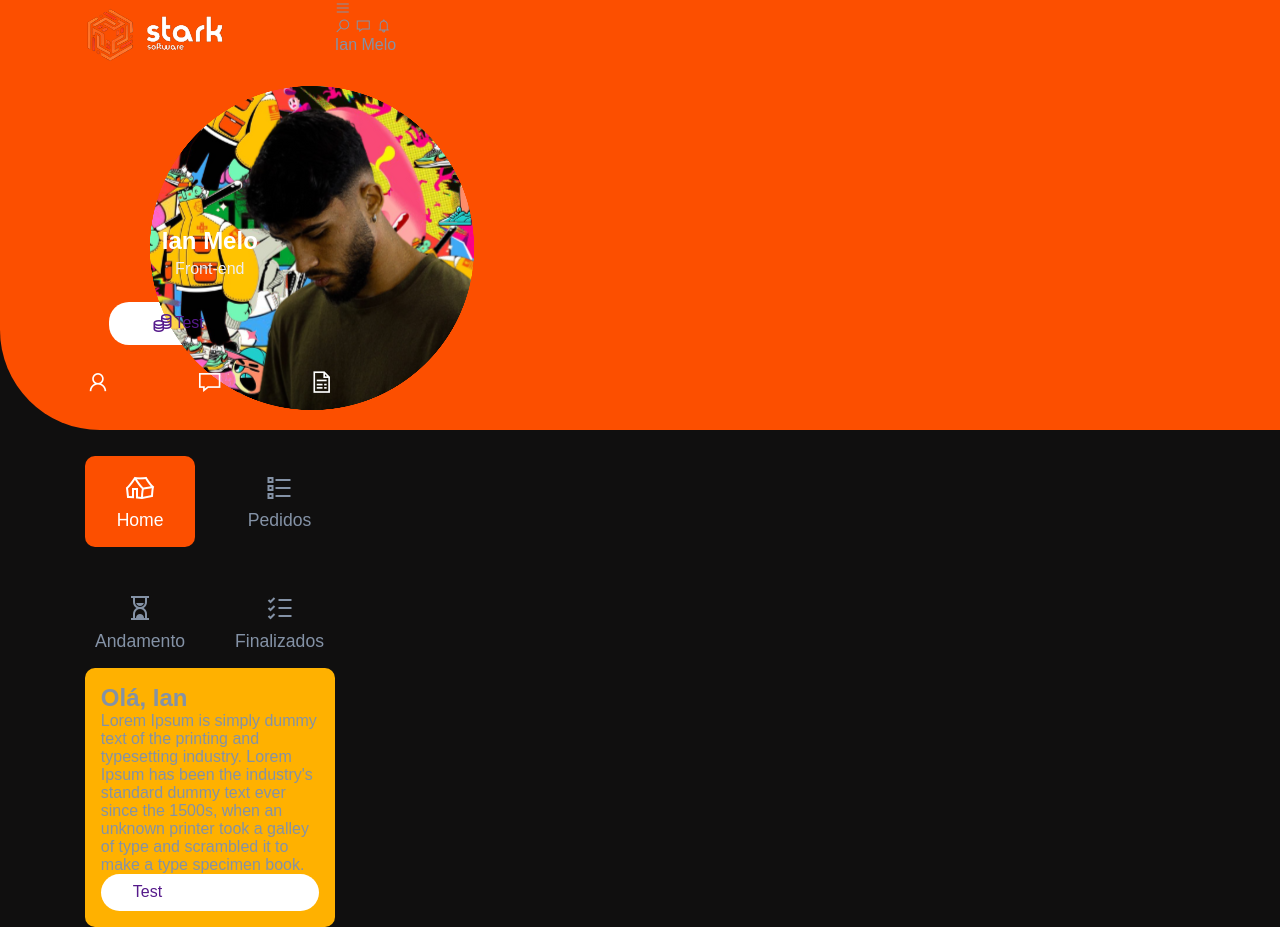
Repository: ichumbo/StarkDashboard
Page: index.html
The author's editor kept a copy of each file at every save. The page is drawn from the files as they stood at one save, then again after the next save.
The browser window is 1280 px wide. The pictures show the whole page.
Pictures or frames that could not be fetched are drawn as grey boxes.

Above is the page before, as saved 2023-06-06 19:08:33.

### index.html
<!DOCTYPE html>
<html lang="pt-br">
<head>

    <meta charset="UTF-8">
    <meta http-equiv="X-UA-Compatible" content="IE=edge">
    <meta name="viewport" content="width=device-width, initial-scale=1.0">
    <title>Stark</title>
    <!--CSS-->
    <link rel="stylesheet" href="css/style.css">
    <!--Icons-->
    <link rel="stylesheet" href="https://maxst.icons8.com/vue-static/landings/line-awesome/font-awesome-line-awesome/css/all.min.css">
    <link rel="stylesheet" href="https://maxst.icons8.com/vue-static/landings/line-awesome/line-awesome/1.3.0/css/line-awesome.min.css">

</head>
<body>
    <div class="page-wrapper">
        <input type="checkbox" name="" id="menu-toggle">

        <div class="sidebar">
            <div class="brand">
                <img src="./img/blackicon.png" alt="stark" class="icon-header">
            </div>

            <div class="profile-card">
                <div class="profile-img">
                    <img src="/img/iconphoto.png" alt="Perfil">
                </div>
                <div class="profile-info">
                    <h2>Ian Melo</h2>
                    <small>Front-end</small>
                </div>
                <div class="profile-action">
                    <a href="" class="btn btn-white">
                        <span class="las la-coins"></span>
                        Test
                    </a>
                </div>
                <div class="profile-icons">
                    <span class="las la-user"></span>
                    <span class="las la-comment-alt"></span>
                    <span class="las la-file-invoice"></span>
                </div>
            </div>

            <!--Menu-->

            <div class="sidebar-menu">
                <div class="menu-item">
                    <a href="" class="active">
                        <span class="las la-campground"></span>
                        <span>Home</span>
                    </a>
                </div>

                <div class="menu-item">
                    <a href="">
                        <span class="las la-list"></span>
                        <span>Pedidos</span>
                    </a>
                </div>

                <div class="menu-item">
                    <a href="">
                        <span class="las la-hourglass-half"></span>
                        <span>Andamento</span>
                    </a>
                </div>

                <div class="menu-item">
                    <a href="">
                        <span class="las la-list-alt"></span>
                        <span>Finalizados</span>
                    </a>
                </div>

            </div>

            <!--Cards-->
            <div class="sidebar-card">
                <h2>Olá, Ian</h2>
                <p>Lorem Ipsum is simply dummy text of the printing and typesetting industry. Lorem Ipsum has been the industry's standard dummy text ever since the 1500s, when an unknown printer took a galley of type and scrambled it to make a type specimen book.
                </p>
                <a href="" class="btn btn-block btn-white">Test</a>
            </div>
        </div>

        <!--Header-->
        <div class="main-content">
            <header>
                <label for="menu-toggle">
                    <span class="las la-bars"></span>
                </label>

                <div class="head-icons">
                    <span class="las la-search"></span>
                    <span class="las la-comment-alt"></span>
                    <span class="las la-bell"></span>
                    <div class="head-avartar">
                        <div class="avatar" style="background-image: url(img/1.jpeg)"></div>
                    </div>
                    <span>Ian Melo</span>
                </div>
            </header>

            <!--Main-->
            <main>

            </main>
        </div>
    </div>
</body>
</html>

### css/style.css
@import url(./global.css);
@import url(./color.css);
@import url(./sidebar.css);

/*------------------------------------------------------------------------------------------------------------------------------------------*/

#menu-toggle {
    display: none;
}

### css/global.css
@import url('https://fonts.googleapis.com');

* {
    font-family: 'Nunito', sans-serif;
    text-decoration: none;
    list-style-type: none;
    padding: 0;
    margin: 0;
    box-sizing: border-box;
}

body {
    color: var(--main-text);
    background: var(--color-dark);
}

.icon-header {
    width: 140px;
}

.btn {
    border: none;
    outline: none;
    border-radius: 20px;
    padding: .6rem 2rem;
    display: flex;
    align-items: center;
}

.btn-white {
    background: var(--color-white);
}

.btn span {
    font-size: 1.5rem;
    display: inline-block;
    margin-left: .6rem;
}

.page-wrapper {
    width: 93%;
    margin: auto;
    display: flex;
}

.page-wrapper::before {
    content: "";
    width: 100%;
    height: 430px;
    position: absolute;
    left: 0;
    top: 0;
    background: var(--color-main);
    z-index: -1;
    border-radius: 0px 0px 0px 100px;
}

### css/color.css
:root {
    --color-main: #FC4F00;
    --color-secondary: #FFB100;
    --color-dark: #100F0F;
    --color-dark-secundary: #181823;
    --bg-body: #F8F8FB;
    --color-white: #FFFFFF;
    --main-accent: #DC8449;
    --main-text: #8492A6;
    --success: #28A745;
    --danger: #DC3545;
    --shadow: rgba(0, 0, 0, 0.15) 0px 2px 8px;
}

### css/sidebar.css
.sidebar {
    width: 250px;
    margin-left: 40px;
}

.brand {
    height: 70px;
    display: flex;
    align-items: center;
}

.brand h3 {
    font-size: 1.8rem;
    color: var(--color-white);
}

/*-----------------------------------------------PROFILE----------------------------------------------*/

.profile-card {
    text-align: center;
    margin: 1rem 0rem;
}

.profile-img {
    height: 120px;
    width: 120px;
    border-radius: 50%;
    margin: auto;
    background-size: cover;
    background-repeat: no-repeat;
    margin-bottom: 1.3rem;
}

.profile-info {
    color: var(--color-white);
}

.profile-info h2 {
    margin-bottom: .3rem;
}

.profile-info small {
    font-size: 1rem;
    color: #EFEFEF;
}

.profile-action {
    margin: 1.5rem;
}

.profile-icons {
    display: flex;
    justify-content: space-between;
    align-items: center;
    margin-bottom: 3.8rem;
}

.profile-icons span {
    display: inline-block;
    color: var(--color-white);
    font-size: 1.65rem;
}

/*-----------------------------------------------MENU----------------------------------------------*/

.sidebar-menu {
    display: grid;
    grid-template-columns: repeat(2, 1fr);
    grid-gap: 1.8rem;
}

.menu-item a {
    display: block;
    width: 100%;
    padding: 1rem 0rem;
   border-radius: 10px;
}

.menu-item a span {
    display: block;
    text-align: center;
    color: var(--main-text);
    font-size: 1.1rem;
}

.menu-item a span:first-child {
    font-size: 2rem;
    margin-bottom: .4rem;
}

.menu-item a.active {
    background: var(--color-main);
}

.menu-item a.active span {
    color: var(--color-white);
}

/*-----------------------------------------------Cards----------------------------------------------*/

.sidebar-card {
    padding: 1rem;
    border-radius: 10px;
    background: var(--color-secondary);
}

After the next save:
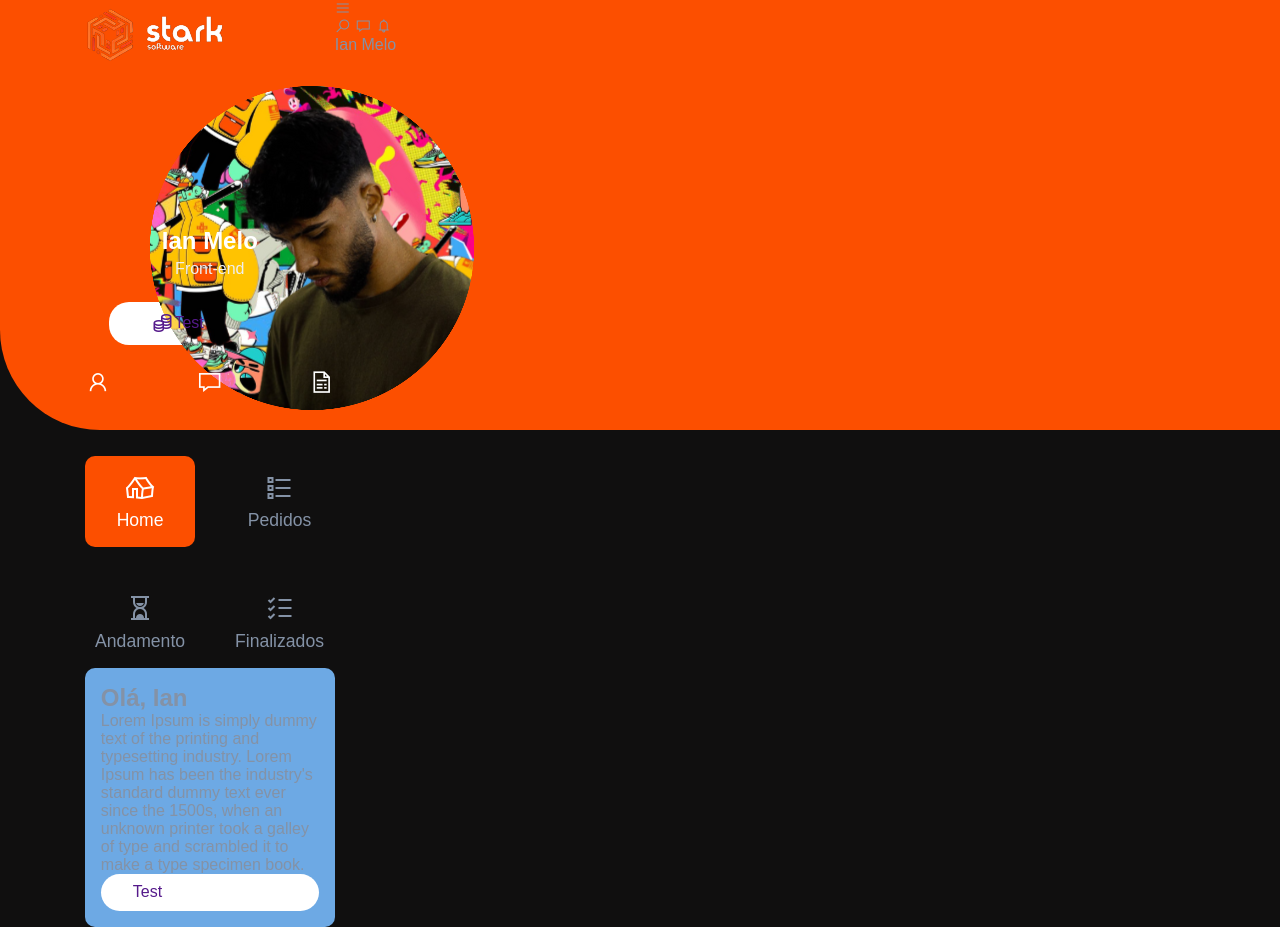
Saved 26 s later.
--- a/css/color.css
+++ b/css/color.css
@@ -1,6 +1,6 @@
 :root {
     --color-main: #FC4F00;
-    --color-secondary: #FFB100;
+    --color-secondary: #6DA9E4;
     --color-dark: #100F0F;
     --color-dark-secundary: #181823;
     --bg-body: #F8F8FB;

After the save that followed:
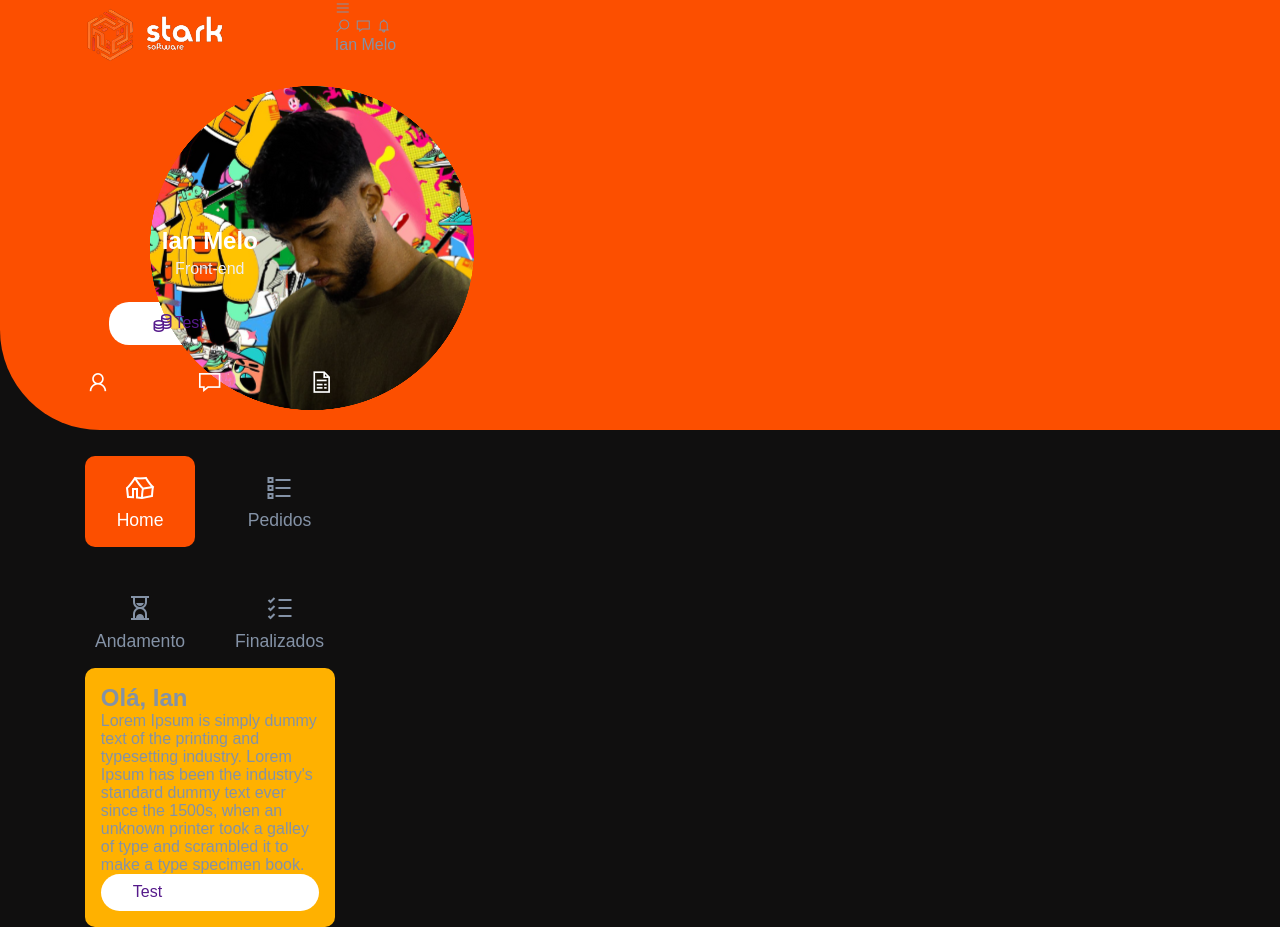
Saved 31 s later.
--- a/css/color.css
+++ b/css/color.css
@@ -1,6 +1,6 @@
 :root {
     --color-main: #FC4F00;
-    --color-secondary: #6DA9E4;
+    --color-secondary: #FFB100;
     --color-dark: #100F0F;
     --color-dark-secundary: #181823;
     --bg-body: #F8F8FB;
